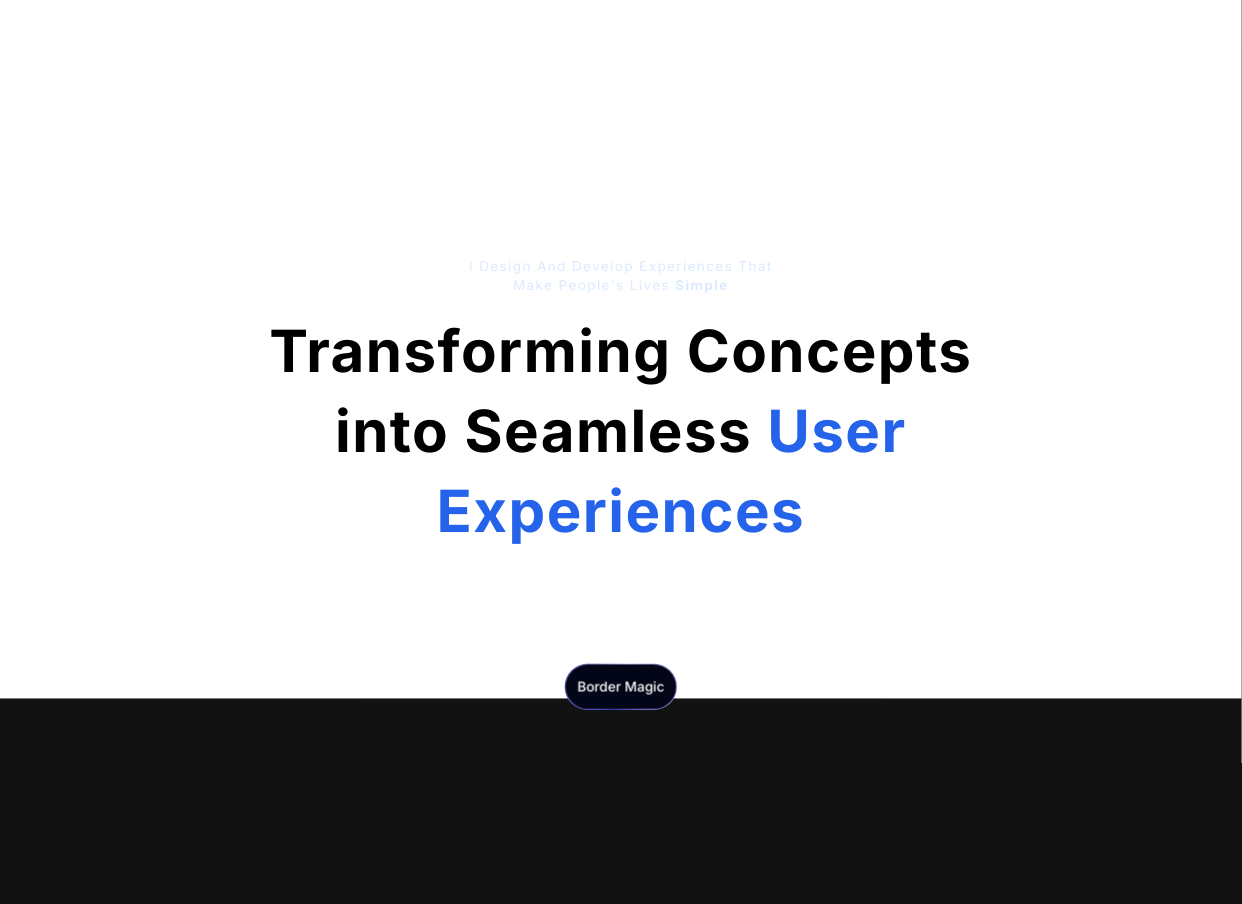
Repository: LukaSuave/Dev-Portfolio
Page: /
The author's editor kept a copy of each file at every save. The page is drawn from the files as they stood at one save, then again after the next save.
The browser window is 1280 px wide. The pictures show the whole page, at 97% of full size.
The project was rebuilt for these pictures with package versions that can differ from the ones it lists, and the page was loaded fresh each time. The framework's server and built-in components were replaced by stand-ins that run in the browser. Also part of the build but not shown: next.config.mjs.

Above is the page before, as saved 2024-05-30 11:12:53.

### app/layout.tsx
import type { Metadata } from "next";
import { Inter } from "next/font/google";
import "./globals.css";
import { ThemeProvider } from "@/providers/theme-provider";

const inter = Inter({ subsets: ["latin"] });

export const metadata: Metadata = {
	title: "Emmanuel's Tech Portfolio",
	description:
		"Emmanuel Senengu - Full-Stack Software Developer from Zimbabwe. Proficient in Python, Next.js, TypeScript, and React for both backend and frontend development. Skilled in AI integration, API management, and database technologies including PostgreSQL, MySQL, and MongoDB. Transforming innovative ideas into high-quality software solutions.",
};

export default function RootLayout({
	children,
}: Readonly<{
	children: React.ReactNode;
}>) {
	return (
		<html lang="en">
			<body className={inter.className}>
				<ThemeProvider
					attribute="class"
					defaultTheme="dark"
					forcedTheme="dark"
					disableTransitionOnChange
					storageKey="portfolio-theme"
				>
					{children}
				</ThemeProvider>
			</body>
		</html>
	);
}

### app/(main)/page.tsx
import { Hero } from "@/components/global/hero";

const MainPage = () => {
	return (
		<main className="relative bg-black-100 flex justify-center items-center flex-col overflow-hidden mx-auto sm:p-10 px-5">
			<div className="max-w-7xl w-full">
				<Hero />
			</div>
		</main>
	);
};

export default MainPage;

### components/global/hero.tsx
import { Spotlight } from "@/components/ui/spotlight";
import { TextGenerateEffect } from "@/components/ui/text-generate-effect";
import { BorderMagicButton } from "@/components/ui/border-magic-button";

export const Hero = () => {
	return (
		<div className="pb-20 pt-36">
			<div>
				<Spotlight
					className="-top-40 -left-10 md:-left-32 md:-top-20 h-screen"
					fill="white"
				/>
				<Spotlight
					className="top-10 left-full  h-[80ch] w-[50vw]"
					fill="purple"
				/>
				<Spotlight
					className="top-28 left-80 w-[50vw] h-[80vh]"
					fill="blue"
				/>
			</div>
			<div className="h-screen w-full dark:bg-black-100 bg-white  dark:bg-grid-white/[0.03] bg-grid-black/[0.2] absolute top-0 left-0 flex items-center justify-center">
				<div className="absolute pointer-events-none inset-0 flex items-center justify-center dark:bg-black-100 bg-white [mask-image:radial-gradient(ellipse_at_center,transparent_20%,black)]" />
			</div>
			<div className="flex justify-center relative my-20 z-10">
				<div className="max-w-[89vw] md:max-w-2xl lg:max-w-[60vw] flex flex-col items-center justify-center">
					<h2 className="capitalize tracking-widest text-sm text-center text-blue-100 max-w-80">
						I design and develop experiences that make people&apos;s
						lives <span className="font-bold">Simple</span>
					</h2>
					<TextGenerateEffect
						className="text-center text-[40px] md:text-5xl lg:text-6xl"
						words="Transforming Concepts into Seamless User Experiences"
					/>
					<p className="text-center md:tracking-wider mb-4 text-sm md:text-base lg:text-lg">
						Hi, I&apos;m Emmanuel - A Full-Stack Software Developer
						from Zimbabwe. Proficient in Python, Next.js,
						TypeScript, and React for both backend and frontend
						development.
					</p>
					<a href="#about">
						<BorderMagicButton title="Show my work" />
					</a>
				</div>
			</div>
		</div>
	);
};

### components/ui/spotlight.tsx
import React from "react";
import { cn } from "@/lib/utils";

type SpotlightProps = {
	className?: string;
	fill?: string;
};

export const Spotlight = ({ className, fill }: SpotlightProps) => {
	return (
		<svg
			className={cn(
				"animate-spotlight pointer-events-none absolute z-[1]  h-[169%] w-[138%] lg:w-[84%] opacity-0",
				className,
			)}
			xmlns="http://www.w3.org/2000/svg"
			viewBox="0 0 3787 2842"
			fill="none"
		>
			<g filter="url(#filter)">
				<ellipse
					cx="1924.71"
					cy="273.501"
					rx="1924.71"
					ry="273.501"
					transform="matrix(-0.822377 -0.568943 -0.568943 0.822377 3631.88 2291.09)"
					fill={fill || "white"}
					fillOpacity="0.21"
				></ellipse>
			</g>
			<defs>
				<filter
					id="filter"
					x="0.860352"
					y="0.838989"
					width="3785.16"
					height="2840.26"
					filterUnits="userSpaceOnUse"
					colorInterpolationFilters="sRGB"
				>
					<feFlood
						floodOpacity="0"
						result="BackgroundImageFix"
					></feFlood>
					<feBlend
						mode="normal"
						in="SourceGraphic"
						in2="BackgroundImageFix"
						result="shape"
					></feBlend>
					<feGaussianBlur
						stdDeviation="151"
						result="effect1_foregroundBlur_1065_8"
					></feGaussianBlur>
				</filter>
			</defs>
		</svg>
	);
};

### components/ui/text-generate-effect.tsx
/* eslint-disable react-hooks/exhaustive-deps */
"use client";
import { useEffect } from "react";
import { motion, stagger, useAnimate } from "framer-motion";
import { cn } from "@/lib/utils";

export const TextGenerateEffect = ({
	words,
	className,
}: {
	words: string;
	className?: string;
}) => {
	const [scope, animate] = useAnimate();
	let wordsArray = words.split(" ");
	useEffect(() => {
		animate(
			"span",
			{
				opacity: 1,
			},
			{
				duration: 2,
				delay: stagger(0.2),
			},
		);
	}, [scope.current]);

	const renderWords = () => {
		return (
			<motion.div ref={scope}>
				{wordsArray.map((word, idx) => {
					return (
						<motion.span
							key={word + idx}
							className={`${
								idx > 3
									? "text-blue-600"
									: "dark:text-white text-black"
							} opacity-0`}
						>
							{word}{" "}
						</motion.span>
					);
				})}
			</motion.div>
		);
	};

	return (
		<div className={cn("font-bold", className)}>
			<div className="my-4">
				<div className=" dark:text-white text-black leading-snug tracking-wide">
					{renderWords()}
				</div>
			</div>
		</div>
	);
};

### components/ui/border-magic-button.tsx
export const BorderMagicButton = () => {
	return (
		<button className="relative inline-flex h-12 overflow-hidden rounded-full p-[1px] focus:outline-none focus:ring-2 focus:ring-slate-400 focus:ring-offset-2 focus:ring-offset-slate-50">
			<span className="absolute inset-[-1000%] animate-[spin_2s_linear_infinite] bg-[conic-gradient(from_90deg_at_50%_50%,#E2CBFF_0%,#393BB2_50%,#E2CBFF_100%)]" />
			<span className="inline-flex h-full w-full cursor-pointer items-center justify-center rounded-full bg-slate-950 px-3 py-1 text-sm font-medium text-white backdrop-blur-3xl">
				Border Magic
			</span>
		</button>
	);
};

Loaded but not shown: app/globals.css (common file); providers/theme-provider.tsx (common file); lib/utils.ts (common file); tailwind.config.ts (common file)

After the next save:
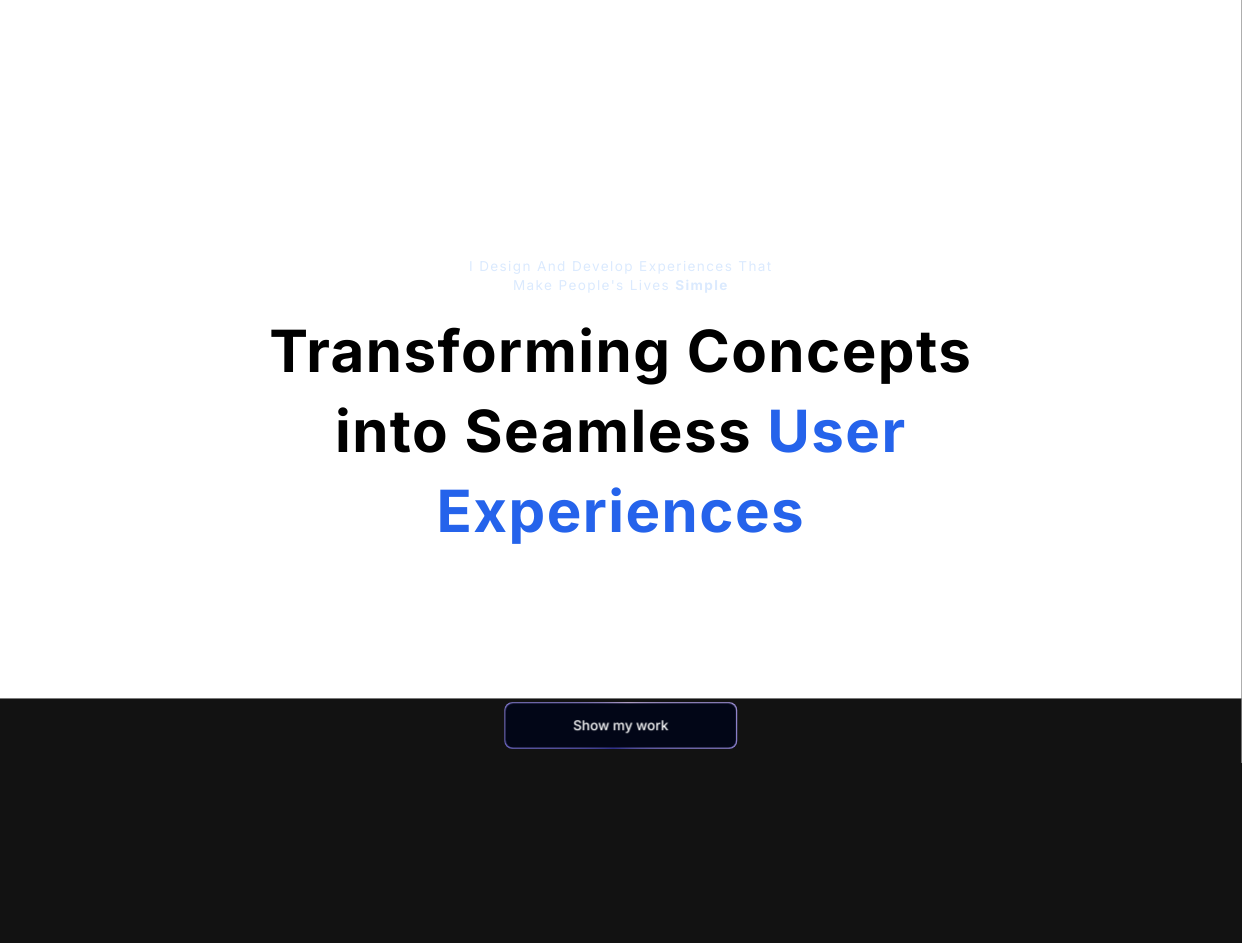
Saved 5 min 53 s later.
--- a/components/ui/border-magic-button.tsx
+++ b/components/ui/border-magic-button.tsx
@@ -1,9 +1,27 @@
-export const BorderMagicButton = () => {
+type BorderMagicButtonProps = {
+	title: string;
+	icon: React.ReactNode;
+	position: string;
+	handleClick?: () => void;
+	className?: string;
+};
+
+export const BorderMagicButton = ({
+	title,
+	icon,
+	position,
+	handleClick,
+	className,
+}: BorderMagicButtonProps) => {
 	return (
-		<button className="relative inline-flex h-12 overflow-hidden rounded-full p-[1px] focus:outline-none focus:ring-2 focus:ring-slate-400 focus:ring-offset-2 focus:ring-offset-slate-50">
+		<button className="relative inline-flex h-12 overflow-hidden w-full rounded-lg p-[1px] focus:outline-none md:w-60 md:mt-10">
 			<span className="absolute inset-[-1000%] animate-[spin_2s_linear_infinite] bg-[conic-gradient(from_90deg_at_50%_50%,#E2CBFF_0%,#393BB2_50%,#E2CBFF_100%)]" />
-			<span className="inline-flex h-full w-full cursor-pointer items-center justify-center rounded-full bg-slate-950 px-3 py-1 text-sm font-medium text-white backdrop-blur-3xl">
-				Border Magic
+			<span
+				className={`inline-flex h-full w-full cursor-pointer items-center justify-center rounded-lg bg-slate-950 px-7 text-sm font-medium text-white backdrop-blur-3xl ${className}`}
+			>
+				{position === "left" && icon}
+				{title}
+				{position === "right" && icon}
 			</span>
 		</button>
 	);
